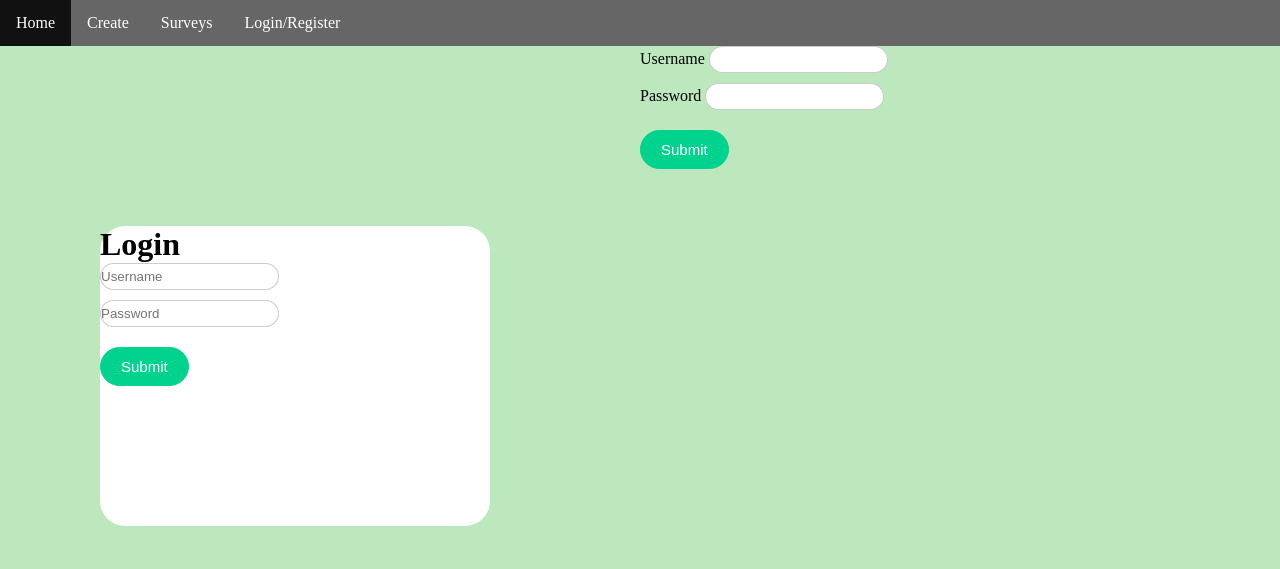
Repository: cakuang1/QuickSurveyReact
Page: /login
These files come from the project's save history. The page is drawn as it stood at one moment and after the next save; the edit follows.
The browser window is 1280 px wide. The pictures show the whole page.
The project was rebuilt for these pictures with package versions that can differ from the ones it lists, and the page was loaded fresh each time. Also part of the build but not shown: src/pages/create.js, src/pages/home.js, src/pages/pastsurveys.js.

Above is the page before, as saved 2022-07-21 14:35:25.

After the next save:
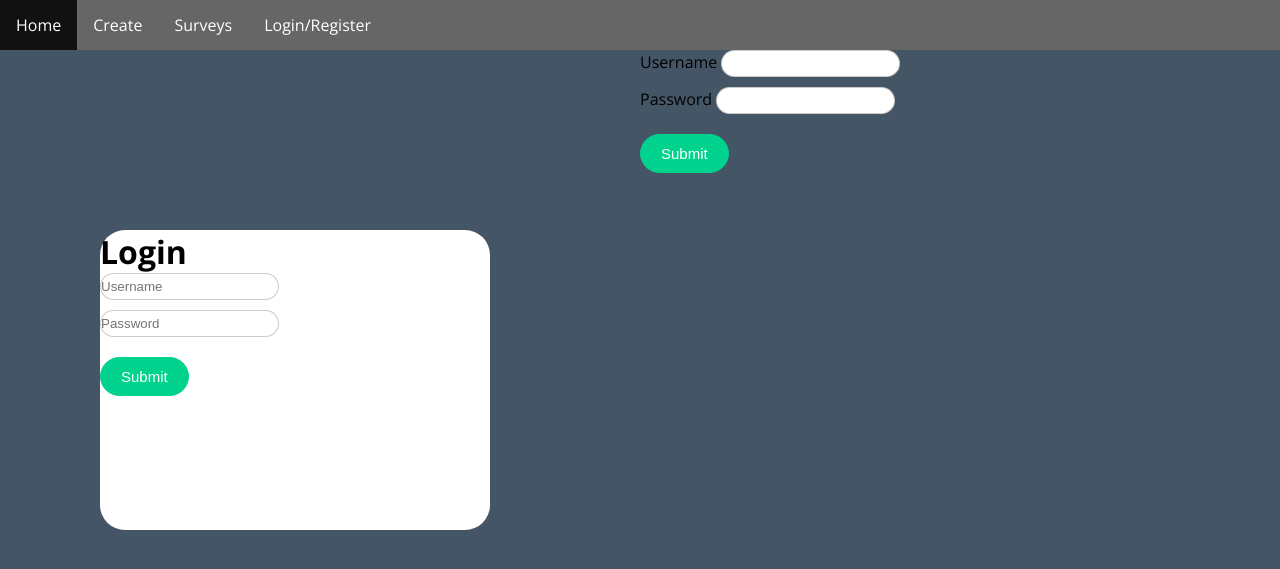
Saved 17 s later.
--- a/src/pages/login.css
+++ b/src/pages/login.css
@@ -1,6 +1,9 @@
 @import url(https://fonts.googleapis.com/css?family=Open+Sans:400,700);
 
-
+body {
+    background: #456;
+    font-family: 'Open Sans', sans-serif;
+  }
 .lrcontainer {
     display: flex;
 }

After the save that followed:
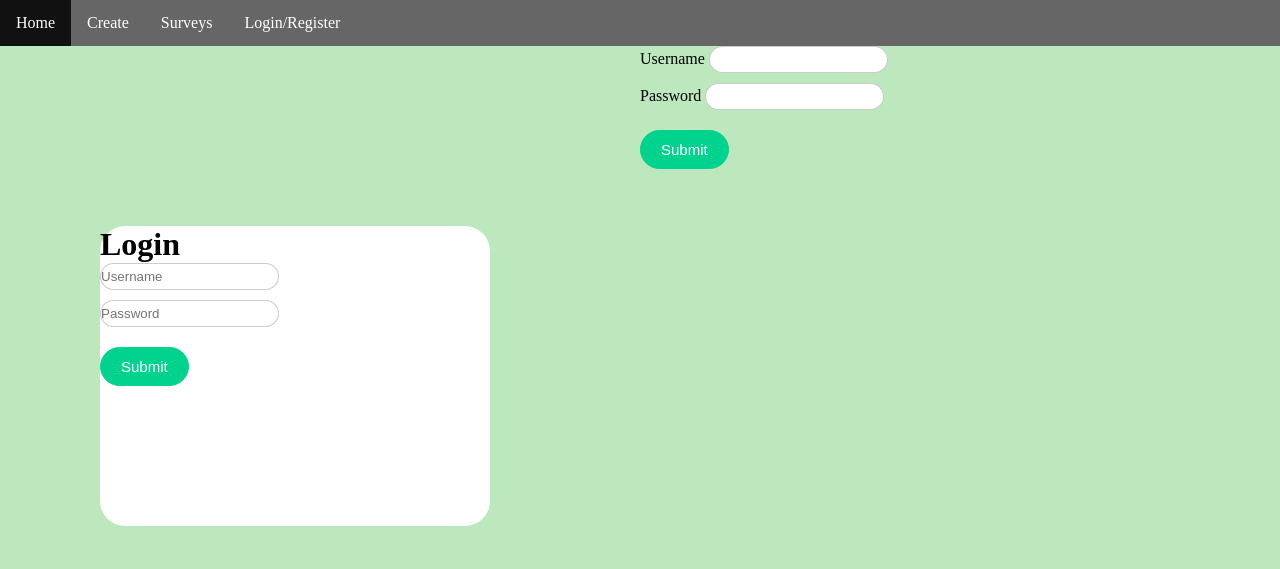
Saved 6 s later.
--- a/src/pages/login.css
+++ b/src/pages/login.css
@@ -1,9 +1,6 @@
 @import url(https://fonts.googleapis.com/css?family=Open+Sans:400,700);
 
-body {
-    background: #456;
-    font-family: 'Open Sans', sans-serif;
-  }
+
 .lrcontainer {
     display: flex;
 }
